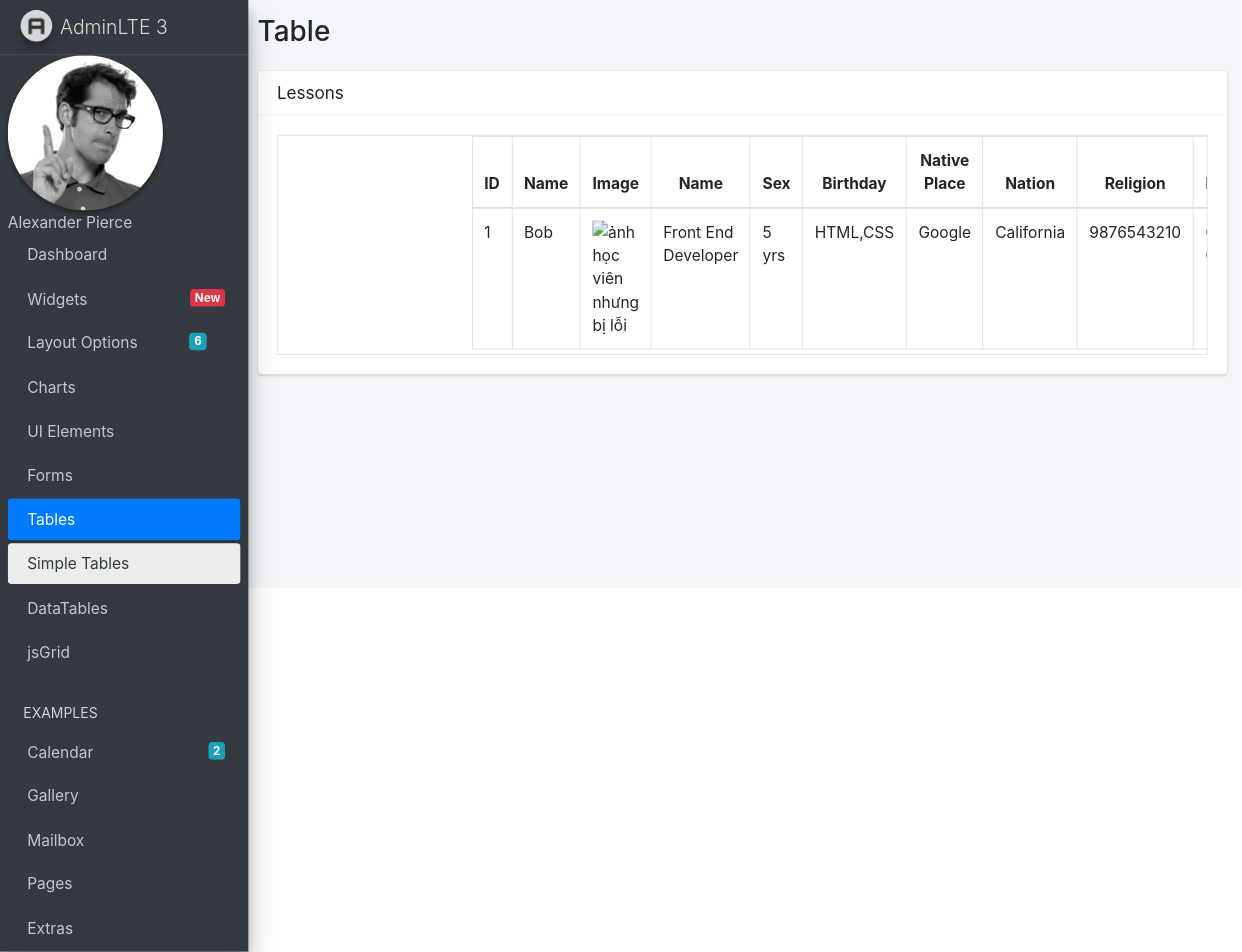
Repository: huyennvo/table
Page: http://localhost/table/students
These files come from the project's save history. The page is drawn as it stood at one moment and after the next save; the edit follows.
The browser window is 1280 px wide. The pictures show the whole page, at 97% of full size.
Some web fonts or font styles are not loaded; a fallback is used. The page is served by the project's Laravel application, run on PHP 8.4 with Laravel 8.

Above is the page before, as saved 2022-08-11 21:41:20.

After the next save:
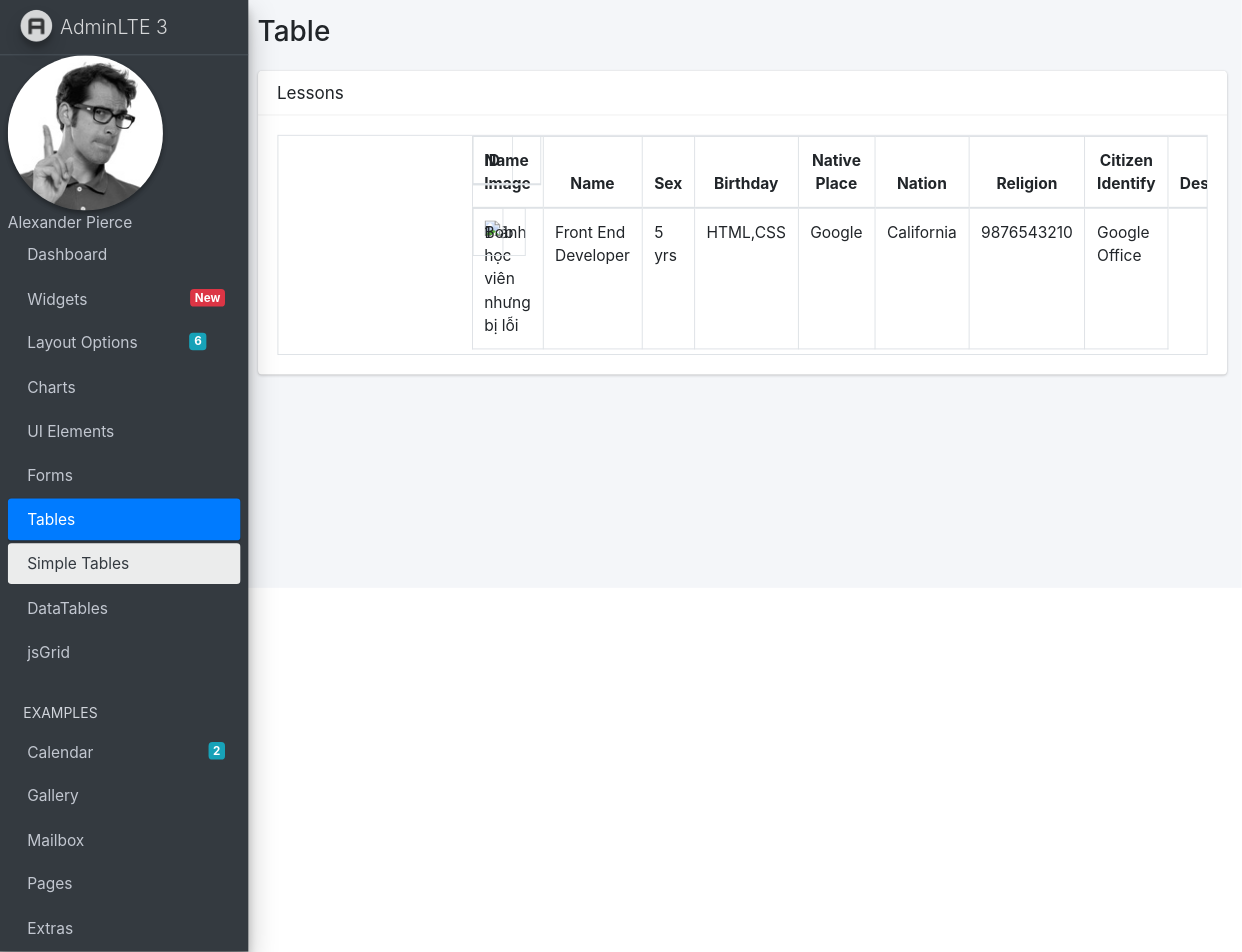
Saved 2 s later.
--- a/resources/views/students.blade.php
+++ b/resources/views/students.blade.php
@@ -17,8 +17,8 @@
                         <table class="table-main">
                             <thead>
                                 <tr>
-                                    <th class="fix-col">ID</th>
-                                    <th class="fix-col">Name</th>
+                                    <th class="fix-col1">ID</th>
+                                    <th class="fix-col2">Name</th>
                                     <th>Image</th>
                                     <th>Name</th>
                                     <th>Sex</th>
@@ -39,8 +39,8 @@
                             </thead>
                             <tbody>
                                 <tr>
-                                    <td class="fix-col">1</td>
-                                    <td class="fix-col">Bob</td>
+                                    <td class="fix-col1">1</td>
+                                    <td class="fix-col2">Bob</td>
                                     <td>
                                         <img src="" alt="ảnh học viên nhưng bị lỗi">
                                     </td>
